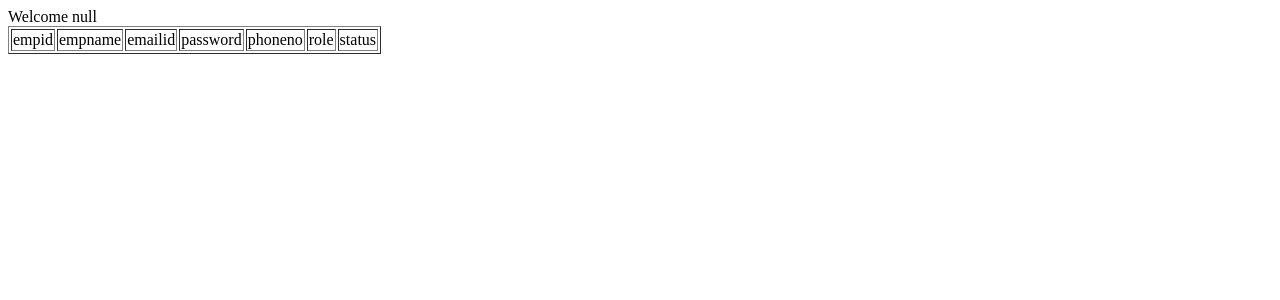
Repository: saurabh836/fullstackprojects
Page: http://localhost/EmployeeSkillProject/manager.jsp
The author's editor kept a copy of each file at every save. The page is drawn from the files as they stood at one save, then again after the next save.
The browser window is 1280 px wide. The pictures show the whole page.
The page is served by Tomcat 9. Other server files are loaded and not shown. Queries for data that is not in the repository find no rows.

Above is the page before, as saved 2018-07-29 14:00:05.

### EmployeeSkillProject/WebContent/manager.jsp
<%@ page language="java" contentType="text/html; charset=ISO-8859-1"
    pageEncoding="ISO-8859-1"%>
     <%@ taglib prefix = "c" uri = "http://java.sun.com/jsp/jstl/core" %>
<%@ taglib prefix = "sql" uri = "http://java.sun.com/jsp/jstl/sql" %>
<!DOCTYPE html PUBLIC "-//W3C//DTD HTML 4.01 Transitional//EN" "http://www.w3.org/TR/html4/loose.dtd">
<html>
<head>
<meta http-equiv="Content-Type" content="text/html; charset=ISO-8859-1">
<title>Insert title here</title>
</head>
<body>
<%

String str = (String) session.getAttribute("username");

out.print("Welcome " + str);

%>
<sql:setDataSource var="snapshot" driver="com.mysql.jdbc.Driver" url="jdbc:mysql://localhost:3306/employee_records" user = "root"  password = "123456789"/>
<sql:query dataSource = "${snapshot}" sql = "select * from empskillset where active='1'" var = "result" />
<table border="1">
<tr><td>empid</td><td>empname</td><td>emailid</td><td>password</td><td>phoneno</td><td>role</td><td>status</td></tr>
<c:forEach items="${result.rows }" var ="res">
<tr>
<td>${res.empid}</td>
<td>${res.empname}</td>
<td>${res.emailid}</td>
<td>${res.password}</td>
<td>${res.phoneno}</td>
<td>${res.role}</td>
<td>${res.active}</td>
<td><a href="update.jsp?empid=<c:out value="${res.empid}"/>">Update</a></td>
<td><a href="deletedb.jsp?empid=<c:out value="${res.empid}"/>">Delete</a></td>



</tr>
</c:forEach>
</body>
</html>

After the next save:
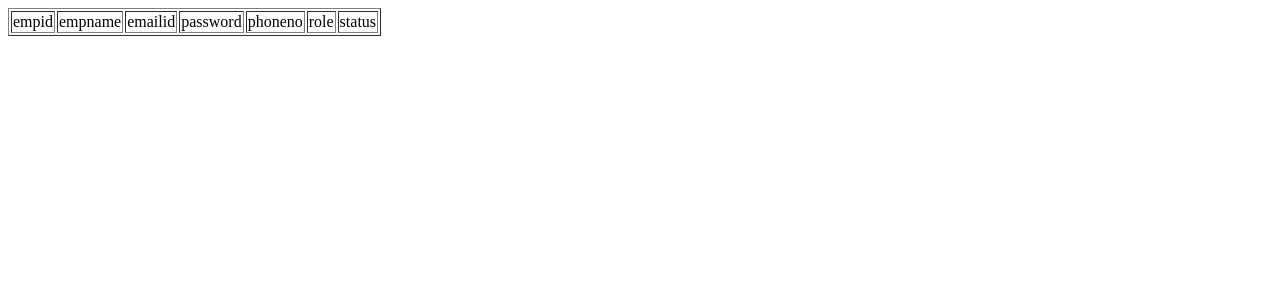
Saved 10 s later.
--- a/EmployeeSkillProject/WebContent/manager.jsp
+++ b/EmployeeSkillProject/WebContent/manager.jsp
@@ -9,13 +9,7 @@
 <title>Insert title here</title>
 </head>
 <body>
-<%
 
-String str = (String) session.getAttribute("username");
-
-out.print("Welcome " + str);
-
-%>
 <sql:setDataSource var="snapshot" driver="com.mysql.jdbc.Driver" url="jdbc:mysql://localhost:3306/employee_records" user = "root"  password = "123456789"/>
 <sql:query dataSource = "${snapshot}" sql = "select * from empskillset where active='1'" var = "result" />
 <table border="1">
